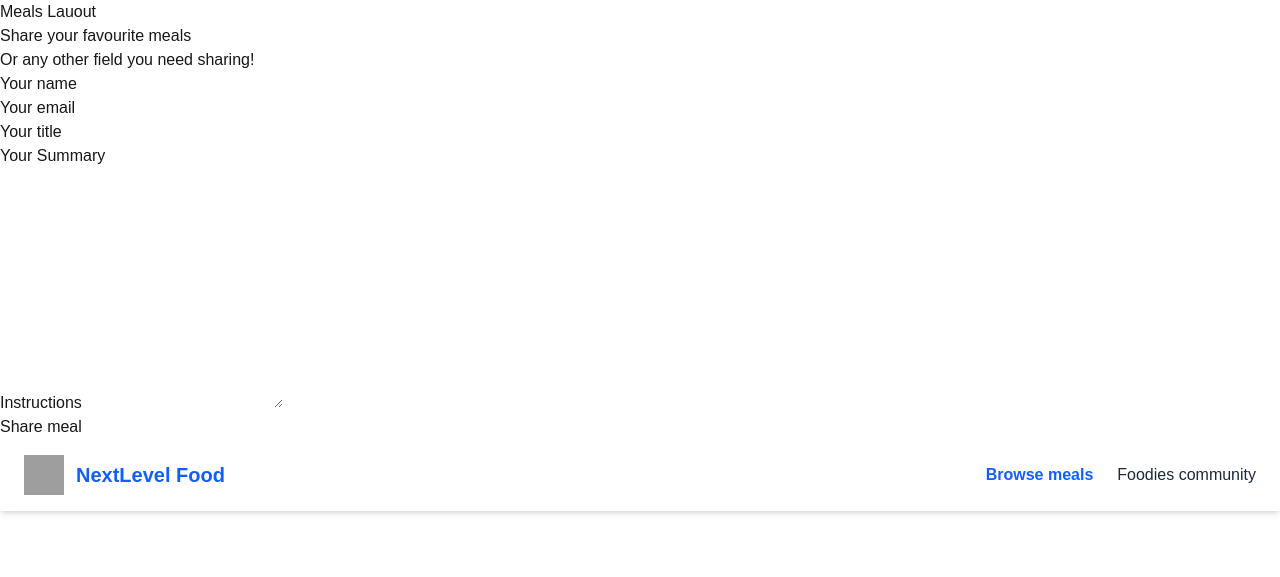
Repository: ananya2420/my-next-app
Page: /meals/share
These files come from the project's save history. The page is drawn as it stood at one moment and after a run of saves; the edit follows.
The browser window is 1280 px wide. The pictures show the whole page.
Pictures or frames that could not be fetched are drawn as grey boxes. The project was rebuilt for these pictures with package versions that can differ from the ones it lists, and the page was loaded fresh each time. The framework's server and built-in components were replaced by stand-ins that run in the browser. Also part of the build but not shown: next.config.mjs.

Above is the page before, as saved 2025-03-29 13:44:42.

After the next 2 saves:
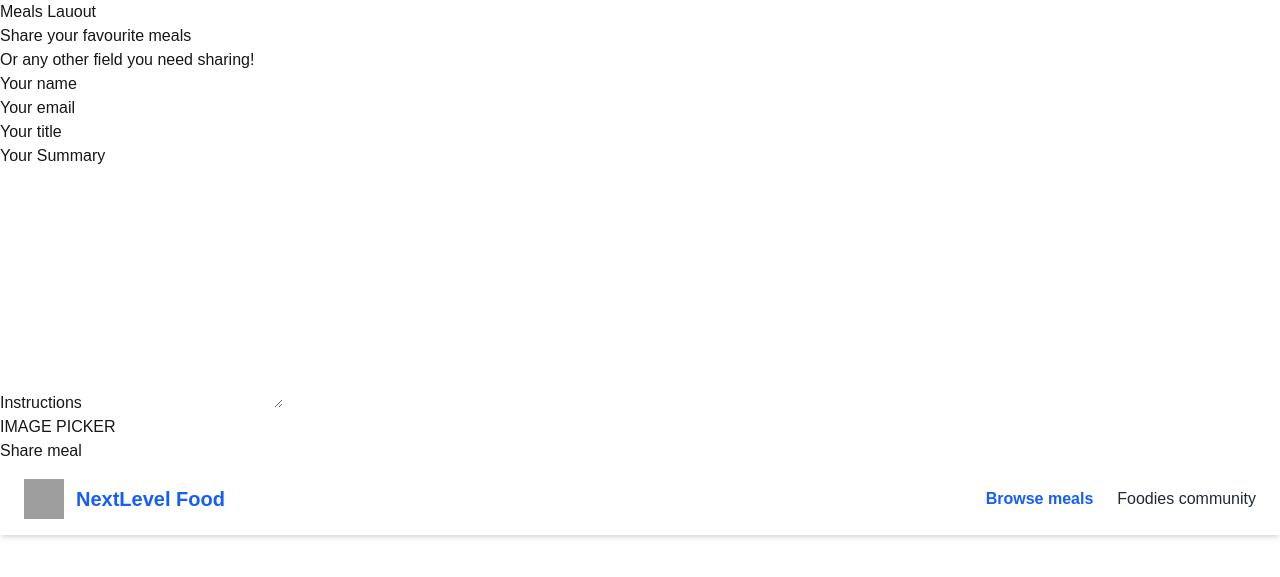
The 2 saves are shown as one change because they came seconds apart.
The last was saved 5 s later.
--- a/src/app/meals/share/page.js
+++ b/src/app/meals/share/page.js
@@ -40,7 +40,7 @@ export default function ShareMealPage(){
                     <label htmlFor="instructions">Instructions</label>
                     <textarea id='instructions' name='instructons' rows='10' required></textarea>
                 </p>
-
+                IMAGE PICKER
                 <p><button type='submit'>Share meal</button></p>
 
 
